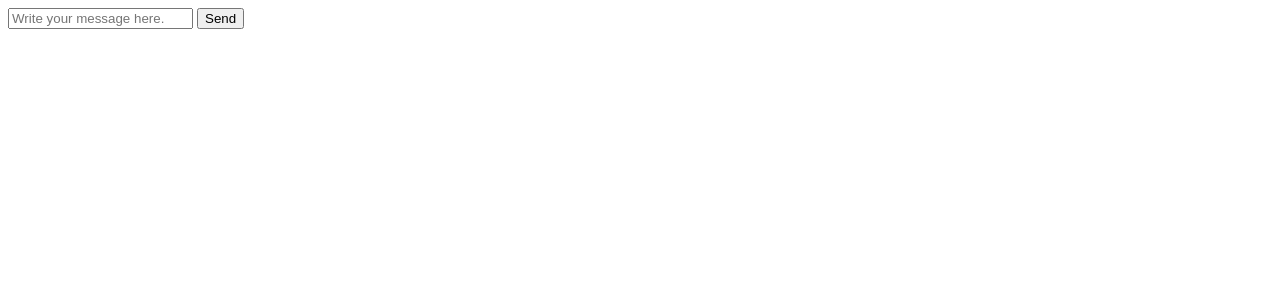
Repository: arvai/frontend_tdd
Page: tests/Chat/content/testcontent.html
The author's editor kept a record of every edit. The page is drawn from the files as they stood at one moment, then again after the next edit.
The browser window is 1280 px wide. The pictures show the whole page.

Above is the page before.

After the next edit:
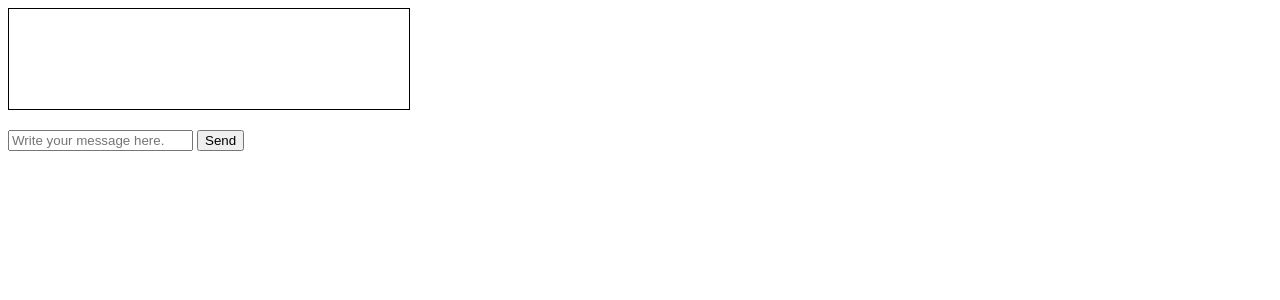
The edit:
--- a/tests/Chat/content/testcontent.html
+++ b/tests/Chat/content/testcontent.html
@@ -8,7 +8,7 @@
 	}
 </style>
 
-<div class="messages">
+<div class="messagesContainer">
 
 </div>
 

After the 2 edits that followed:
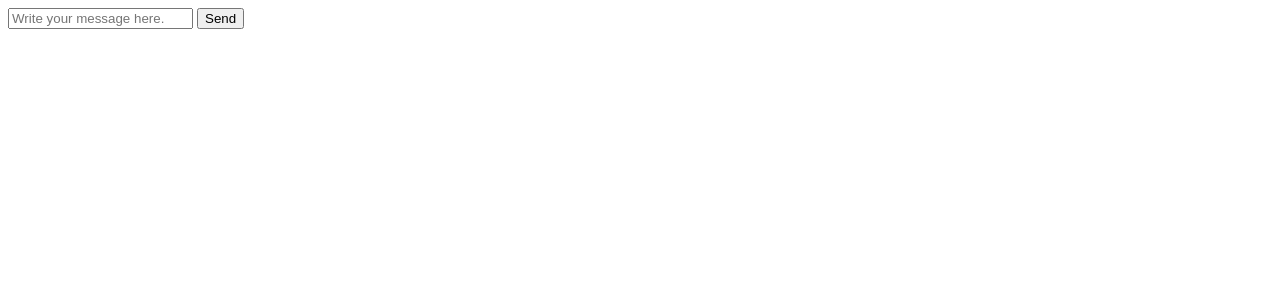
The 2 edits are shown as one change because 1 left the picture as it was.
The edit:
--- a/tests/Chat/content/testcontent.html
+++ b/tests/Chat/content/testcontent.html
@@ -8,9 +8,9 @@
 	}
 </style>
 
-<div class="messagesContainer">
+<div id="messagesContainer">
 
 </div>
 
-<input type="text" id="msg" placeholder="Write your message here."/>
+<input type="text" id="msgInput" placeholder="Write your message here."/>
 <input type="button" id="sendBtn" value="Send"/>
